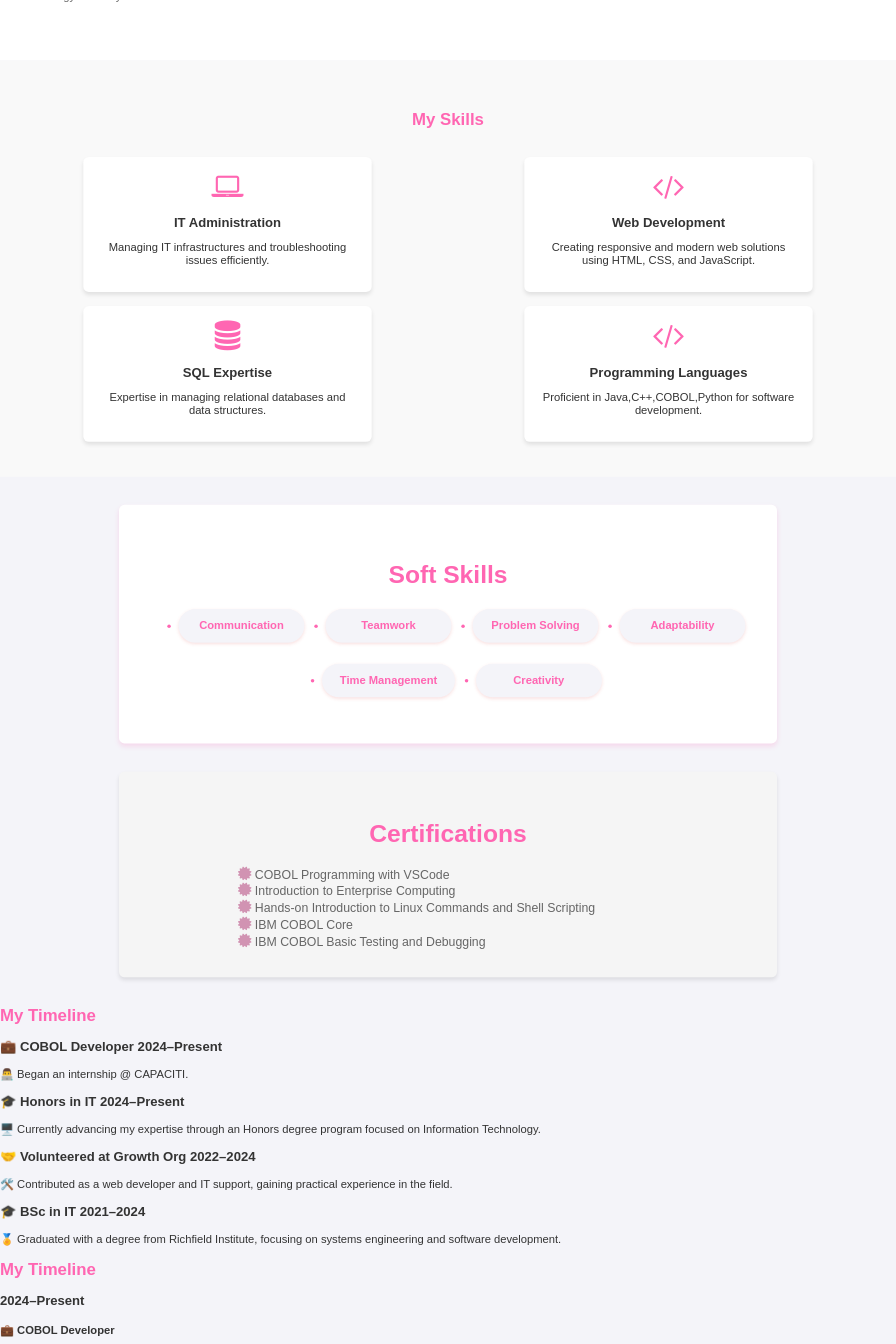
Repository: asandan8106/Asanda-sPortfolio
Page: Portfolio/About.html
An editor plug-in stored every save of this project. The page is shown before and after the next save, followed by the edit.
The browser window is 1280 px wide. The pictures show the part of the page from y = 793 to 2713 px (the page is 3267 px tall before and 2905 px after), at 70% of full size.

Above is the page before, as saved 2025-05-19 09:20:56.
Console error: ReferenceError: Typed is not defined

### Portfolio/About.html
<!DOCTYPE html>
<html lang="en">
<head>
    <meta charset="UTF-8">
    <meta name="viewport" content="width=device-width, initial-scale=1.0">
    <title>Portfolio - About</title>
    <link rel="stylesheet" href="https://cdnjs.cloudflare.com/ajax/libs/font-awesome/4.7.0/css/font-awesome.min.css">
       <link rel="stylesheet" href="styles/CSS/about.css" />
</head>
<body>
    <!-- Navigation Bar -->
    <header>
        <nav class="navbar">
            <div class="icon-bar">
                <a href="index.html"><i class="fa fa-home"></i><span>Home</span></a>
                <a href="About.html"><i class="fa fa-user"></i><span>About</span></a>
                <a href="project.html"><i class="fa fa-folder"></i><span>Projects</span></a>
                <a href="contact.html"><i class="fa fa-envelope"></i><span>Contact</span></a>
                <a href="chatbot.html"><i class="fa fa-wechat"></i><span>Chatbot</span></a>
            </div>
        </nav>
    </header>


    <!-- Hero Section -->
    <section class="hero-section">
        <div class="text">
            <h1>Welcome to My About Page</h1>
            <p>Discover more about my journey, skills, and experiences as a dedicated IT professional.</p>
        </div>
        <img src="images/picture.webp" alt="Your Photo">
    </section>

    <!-- About Section -->
    <section class="about-section">
        <div class="content">
            <h2>Profile Summary</h2>
            <p>
               Technology has never been just a job for me—it’s a playground where I get to transform complex challenges into practical solutions that genuinely make life easier. I thrive on crafting systems that aren’t just efficient and reliable but intuitive enough to simplify the everyday for users. A recent project I’m proud of is a payroll system that effortlessly handles everything from salary calculations to tax deductions, freeing businesses from tedious manual work and helping them run smoother. I’m detail-driven but always keep the bigger picture in mind, making sure every piece fits perfectly together—solid in its foundation and seamless in its experience. After all, debugging is just like being a detective in a crime movie where you are also the murderer! It’s this balance that fuels my passion and keeps me motivated to create technology that truly makes a difference.


            </p>
        </div>
        <div class="highlights">
            <h2>Key Highlights</h2>
            <ul>
                <li><i class="fa fa-check-circle"></i>Turning tech headaches into smooth experiences..</li>
                <li><i class="fa fa-check-circle"></i> Built systems that actually make life easier (ask my payroll project)...</li>
                <li><i class="fa fa-check-circle"></i> Tech that works, not just looks good.</li>
            </ul>
        </div>
    </section>

    <!-- Skills Section -->
    <section class="skills-section">
        <h2>My Skills</h2>
        <div class="skills-container">
            <div class="skill-card">
                <div class="icon"><i class="fa fa-laptop"></i></div>
                <h3>IT Administration</h3>
                <p>Managing IT infrastructures and troubleshooting issues efficiently.</p>
            </div>
            <div class="skill-card">
                <div class="icon"><i class="fa fa-code"></i></div>
                <h3>Web Development</h3>
                <p>Creating responsive and modern web solutions using HTML, CSS, and JavaScript.</p>
            </div>
            <div class="skill-card">
                <div class="icon"><i class="fa fa-database"></i></div>
                <h3>SQL Expertise</h3>
                <p>Expertise in managing relational databases and data structures.</p>
            </div>
            <div class="skill-card">
                <div class="icon"><i class="fa fa-code"></i></div>
                <h3>Programming Languages</h3>
                <p>Proficient in Java,C++,COBOL,Python for software development.</p>
            </div>
        </div>
    </section>
<section class="soft-skills-section">
    <h2>Soft Skills</h2>
    <ul class="soft-skills-list">
        <li>Communication</li>
        <li>Teamwork</li>
        <li>Problem Solving</li>
        <li>Adaptability</li>
        <li>Time Management</li>
        <li>Creativity</li>
    </ul>
</section>

<section class="certification-section">
    <h2>Certifications</h2>
    <ul class="certification-list">
        <li><i class="fa fa-certificate"></i>
            <a href="https://www.credly.com/badges/4c66f79b-ba31-44de-8d69-b57a3cbdc68f/linked_in_profile" target="_blank" rel="noopener noreferrer">
                COBOL Programming with VSCode
            </a>
        </li>
        <li><i class="fa fa-certificate"></i>
            <a href="https://www.coursera.org/account/accomplishments/verify/8TMCOO9QFN47" target="_blank" rel="noopener noreferrer">
              Introduction to Enterprise Computing
            </a>
        </li>
        <li><i class="fa fa-certificate"></i>
            <a href="https://www.credly.com/badges/31d8a5a7-f87c-4acf-a509-039343c42ad2/linked_in_profile" target="_blank" rel="noopener noreferrer">
             Hands-on Introduction to Linux Commands and Shell Scripting
            </a>
        </li>
        <li><i class="fa fa-certificate"></i>
            <a href="https://www.coursera.org/account/accomplishments/verify/7HGLX49AV1LQ" target="_blank" rel="noopener noreferrer">
              IBM COBOL Core
            </a>
        </li>
         <li><i class="fa fa-certificate"></i>
            <a href="https://www.coursera.org/account/accomplishments/verify/7KDKOBWAL0O5" target="_blank" rel="noopener noreferrer">
             IBM COBOL Basic Testing and Debugging
            </a>
        </li>
    </ul>
</section>
<section class="timeline-section">
  <h2>My Timeline</h2>
  <div class="timeline-list">
    <div class="timeline-card">
      <div class="marker"></div>
      <div class="content">
        <h3>💼 COBOL Developer <span>2024–Present</span></h3>
        <p>👨‍💻 Began an internship @ CAPACITI.</p>
      </div>
    </div>

    <div class="timeline-card">
      <div class="marker"></div>
      <div class="content">
        <h3>🎓 Honors in IT <span>2024–Present</span></h3>
        <p>🖥️ Currently advancing my expertise through an Honors degree program focused on Information Technology.</p>
      </div>
    </div>

    <div class="timeline-card">
      <div class="marker"></div>
      <div class="content">
        <h3>🤝 Volunteered at Growth Org <span>2022–2024</span></h3>
        <p>🛠️ Contributed as a web developer and IT support, gaining practical experience in the field.</p>
      </div>
    </div>

    <div class="timeline-card">
      <div class="marker"></div>
      <div class="content">
        <h3>🎓 BSc in IT <span>2021–2024</span></h3>
        <p>🏅 Graduated with a degree from Richfield Institute, focusing on systems engineering and software development.</p>
      </div>
    </div>
  </div>
</section>


<section class="timeline-section horizontal-timeline">
  <h2>My Timeline</h2>
  <div class="timeline-scroll">
    <div class="timeline-card">
      <h3>2024–Present</h3>
      <h4>💼 COBOL Developer</h4>
      <p>👨‍💻 Internship @ CAPACITI</p>
    </div>
    <div class="timeline-card">
      <h3>2024–Present</h3>
      <h4>🎓 Honors in IT</h4>
      <p>🖥️ Pursuing Honors @ Richfield Graduate Institute</p>
    </div>
    <div class="timeline-card">
      <h3>2022–2024</h3>
      <h4>🤝 Volunteer Experience</h4>
      <p>🛠️ Web Dev & IT Support @ Growth Org</p>
    </div>
    <div class="timeline-card">
      <h3>2021–2024</h3>
      <h4>🎓 BSc in IT</h4>
      <p>🏅 Richfield Institute – Systems Engineering</p>
    </div>
  </div>
</section>


    <button id="back-to-top" aria-label="Back to top">
    ↑
</button>


</section>
 <!-- Footer -->
    <footer>
        <p>&copy; 2024 Asanda Ngwenya. All Rights Reserved.</p>
        <p>Connect with me on
            <a href="https://www.linkedin.com/" target="_blank">LinkedIn</a>,
            <a href="https://twitter.com/" target="_blank">Twitter</a>, and
            <a href="https://www.instagram.com/" target="_blank">Instagram</a>.
        </p>
    </footer>
        <script src="Javascript/animation.js"></script>
</body>
</html>

### Portfolio/styles/CSS/about.css
       body {
            font-family: 'Arial', sans-serif;
            margin: 0;
            padding: 0;
            color: #333;
            background-color: #f4f4f9;
        }

        h1, h2 {
            color: #ff66b2;
        }

        a {
            text-decoration: none;
        }

        /* Navigation Bar */
        .navbar {
    display: flex;
    justify-content: center;
    align-items: center;
    background: #fff; /* Transparent black for overlay effect */
    position: fixed;
    top: 0;
    width: 100%;
    height: 60px;
    z-index: 100;
    box-shadow: 0px 2px 10px rgba(0, 0, 0, 0.5);
}

.navbar .icon-bar {
    display: flex;
    gap: 25px;
}

.navbar .icon-bar a {
    text-decoration: none;
    color:rgba(0, 0, 0, 0.5);
    font-size: 18px;
    font-weight: bold;
    display: flex;
    align-items: center;
    transition: color 0.3s, background 0.3s;
    padding: 8px 15px;
    border-radius: 5px;
}

.navbar .icon-bar a i {
    margin-right: 8px;
}

.navbar .icon-bar a:hover {
    color: #d62828;
    background: rgba(255, 255, 255, 0.2);
}

.navbar .icon-bar a span {
    display: inline-block;
}

.navbar-right a:hover {
    color: #ff66b2;
}




        /* Hero Section */
        .hero-section {
            display: flex;
            justify-content: center;
            align-items: center;
            background: url('https://via.placeholder.com/1500x500') no-repeat center center/cover;
            color: white;
            padding: 100px 20px;
        }

        .hero-section .text {
            text-align: center;
            margin-right: 30px;
        }

        .hero-section h1 {
            font-size: 48px;
            margin-bottom: 20px;
            animation: fadeIn 1s ease-out;
        }

        .hero-section p {
            font-size: 20px;
            line-height: 1.6;
            max-width: 800px;
            margin: 0 auto;
            animation: fadeIn 1.5s ease-out;
            color: #333;
        }

        .hero-section img {
            border-radius: 50%;
            width: 150px;
            height: 150px;
            object-fit: cover;
            border: 4px solid #ff66b2;
        }

        /* About Section */
        .about-section {
            display: flex;
            flex-wrap: wrap;
            justify-content: space-around;
            padding: 50px 20px;
            background-color: white;
            animation: fadeIn 2s ease-out;
        }

        .about-section .content, .about-section .highlights {
            flex: 1 1 45%;
            margin: 10px;
        }

        .about-section .content h2, .about-section .highlights h2 {
            margin-bottom: 20px;
        }

        .about-section .content p {
            color: #666;
            line-height: 1.8;
        }

        .about-section .highlights ul {
            list-style: none;
            padding: 0;

        }

        .about-section .highlights ul li {
            margin: 10px 0;
            color:  #666;
        }

        .about-section .highlights ul li i {
            color: #ff66b2;
            margin-right: 10px;
        }

        /* Skills Section */
        .skills-section {
            padding: 50px 20px;
            background-color: #f9f9f9;
            text-align: center;
        }

        .skills-section h2 {
            margin-bottom: 40px;
            animation: fadeIn 2s ease-out;
        }

        .skills-container {
            display: flex;
            justify-content: space-around;
            flex-wrap: wrap;
            gap: 20px;
        }

        .skill-card {
            background-color: white;
            padding: 20px;
            border-radius: 8px;
            box-shadow: 0 4px 6px rgba(0, 0, 0, 0.1);
            transition: transform 0.3s ease, box-shadow 0.3s ease;
            width: 30%;
            animation: fadeIn 2.5s ease-out;
        }

        .skill-card:hover {
            transform: translateY(-10px);
            box-shadow: 0 8px 15px rgba(0, 0, 0, 0.2);
        }

        .skill-card .icon {
            font-size: 40px;
            color: #ff66b2;
            margin-bottom: 15px;
            animation: iconBounce 1s infinite ease-in-out;
        }

        .skill-card h3 {
            margin-bottom: 10px;
        }
        /* Soft Skills Section */
.soft-skills-section {
    padding: 50px 20px;
    background-color: #fff;
    max-width: 900px;
    margin: 40px auto;
    border-radius: 8px;
    box-shadow: 0 4px 8px rgba(255, 102, 178, 0.2);
    color: #333;
    text-align: center;
}

.soft-skills-section h2 {
    color: #ff66b2;
    font-size: 2.2rem;
    margin-bottom: 30px;
    font-weight: bold;
    font-family: 'Arial', sans-serif;
}

.soft-skills-list {
    display: flex;
    flex-wrap: wrap;
    justify-content: center;
    gap: 30px;
}

.soft-skills-list li {
    background-color: #f4f4f9;
    padding: 15px 25px;
    border-radius: 25px;
    font-weight: 600;
    color:#ff66b2;
    box-shadow: 0 2px 5px rgba(214, 40, 40, 0.15);
    min-width: 130px;
    transition: background-color 0.3s ease, color 0.3s ease;
    cursor: default;
}

.soft-skills-list li:hover {
    background-color: #ff66b2;
    color: white;
    box-shadow: 0 4px 12px rgba(255, 102, 178, 0.6);
}

        /* Certification Section Styles */
.certification-section {
    padding: 40px 20px;
    background-color: #f5f5f5;
    color: #333; /* dark text for readability */
    max-width: 900px;
    margin: 40px auto;
    border-radius: 8px;
    box-shadow: 0 4px 6px rgba(0,0,0,0.1);
}

.certification-section h2 {
    text-align: center;
    margin-bottom: 25px;
    color:#ff66b2;
    font-size: 2.2rem;
    font-weight: bold;
    font-family: 'Arial', sans-serif;
}

.certification-list {
    list-style: none;
    padding-left: 0;
    font-size: 1.1rem;
    max-width: 600px;
    margin: 0 auto;
}

/* .certification-list li {
    margin: 12px 0;
    display: flex;
    align-items: center;
    gap: 12px;
    color: #555;
    font-weight: 500;
} */

.certification-list li i {
    color: #d193b2;
    font-size: 1.4rem;}

    .certification-list a {
    color: #666;
    text-decoration: none;
    font-weight: 500;
    transition: color 0.3s ease;
}



        /* Timeline Section */
        /* .timeline-section {
            padding: 50px 20px;
            background-color: white;
        }

        .timeline-section h2 {
            text-align: center;
            margin-bottom: 40px;
            animation: fadeIn 1.5s ease-out;
        }

        .timeline {
            position: relative;
            margin: 0 auto;
            max-width: 800px;
            animation: slideIn 2s ease-out;
        }

        .timeline::before {
            content: '';
            position: absolute;
            top: 0;
            left: 50%;
            transform: translateX(-50%);
            width: 4px;
            height: 100%;
            background-color: #ff66b2;
        }

        .timeline-item {
            position: relative;
            padding: 20px;
            background-color: #f9f9f9;
            margin: 20px 0;
            border-radius: 8px;
            box-shadow: 0 4px 6px rgba(0, 0, 0, 0.1);
            width: 45%;
            animation: fadeIn 2.5s ease-out;
        }

        .timeline-item:nth-child(odd) {
            left: 0;
        }

        .timeline-item:nth-child(even) {
            left: 50%;
        }

        .timeline-item .date {
            font-weight: bold;
            color: #ff66b2;
            margin-bottom: 10px;
        }

        .timeline-item .title {
            font-size: 20px;
            font-weight: bold;
            color: #333;
        }

        .timeline-item .details {
            font-size: 16px;
            color: #666;
        } */

        /* Footer */
        footer {
            background-color: #333; /* Black */
            color: white;
            padding: 30px 20px;
            text-align: center;
            margin-top: 50px;
        }

        footer p {
            margin: 5px 0;
        }

        footer a {
            color: #f06292; /* Light pink */
            text-decoration: none;
            font-weight: bold;
        }

        footer a:hover {
            text-decoration: underline;
        }
    #back-to-top {
    position: fixed;
    bottom: 30px;
    right: 30px;
    background-color: #ff66b2;
    color: white;
    border: none;
    padding: 12px 16px;
    border-radius: 50%;
    font-size: 20px;
    cursor: pointer;
    box-shadow: 0 4px 8px rgba(255, 102, 178, 0.4);
    display: none; /* hidden by default */
    z-index: 200;
    transition: background-color 0.3s ease;
}

#back-to-top:hover {
    background-color: #d62828;
}


        /* Animation Styles */
        @keyframes fadeIn {
            from {
                opacity: 0;
                transform: translateY(20px);
            }
            to {
                opacity: 1;
                transform: translateY(0);
            }
        }

        @keyframes slideIn {
            from {
                opacity: 0;
                transform: translateX(-100%);
            }
            to {
                opacity: 1;
                transform: translateX(0);
            }
        }

        @keyframes iconBounce {
            0%, 100% {
                transform: scale(1);
            }
            50% {
                transform: scale(1.2);
            }
        }

### Portfolio/Javascript/animation.js
document.addEventListener("DOMContentLoaded", () => {
    const options = {
   strings: [
    "I am <span class='name'>Asanda</span> Ngwenya",
    "A Software <span class='name'>Developer</span>",
    "I turn caffeine<span class='name'> into</span> code",
    "And bugs <span class='name'>into </span> features",
    "Let's create <span class='name'>something  </span>  amazing together!"
],

        typeSpeed: 50,
        backSpeed: 50,
        backDelay: 2000,
        loop: true // Keeps looping through the phrases
    };

    new Typed(".typing-effect", options);
});

const backToTopButton = document.getElementById('back-to-top');

window.addEventListener('scroll', () => {
  if (window.scrollY > 300) {
    backToTopButton.style.display = 'block';
  } else {
    backToTopButton.style.display = 'none';
  }
});

backToTopButton.addEventListener('click', () => {
  window.scrollTo({ top: 0, behavior: 'smooth' });
});

const faders = document.querySelectorAll('.fade-in-section');

const appearOptions = {
  threshold: 0.1,
  rootMargin: "0px 0px -50px 0px"
};

const appearOnScroll = new IntersectionObserver((entries, appearOnScroll) => {
  entries.forEach(entry => {
    if (entry.isIntersecting) {
      entry.target.classList.add('is-visible');
      appearOnScroll.unobserve(entry.target);
    }
  });
}, appearOptions);

faders.forEach(fader => {
  appearOnScroll.observe(fader);
});

After the next save:
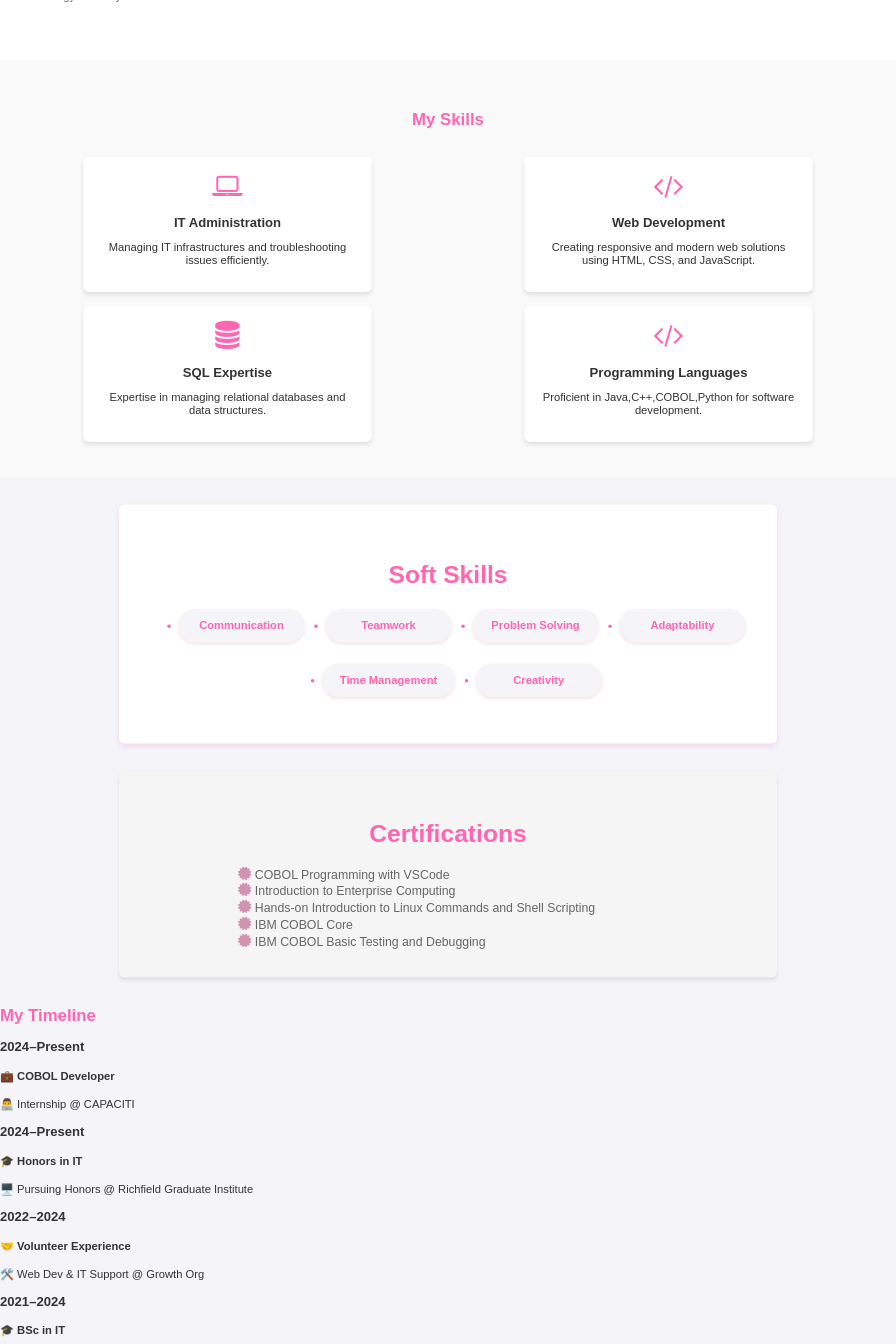
Saved 20 s later.
--- a/Portfolio/About.html
+++ b/Portfolio/About.html
@@ -119,7 +119,7 @@
         </li>
     </ul>
 </section>
-<section class="timeline-section">
+<!-- <section class="timeline-section">
   <h2>My Timeline</h2>
   <div class="timeline-list">
     <div class="timeline-card">
@@ -154,7 +154,7 @@
       </div>
     </div>
   </div>
-</section>
+</section> -->
 
 
 <section class="timeline-section horizontal-timeline">
